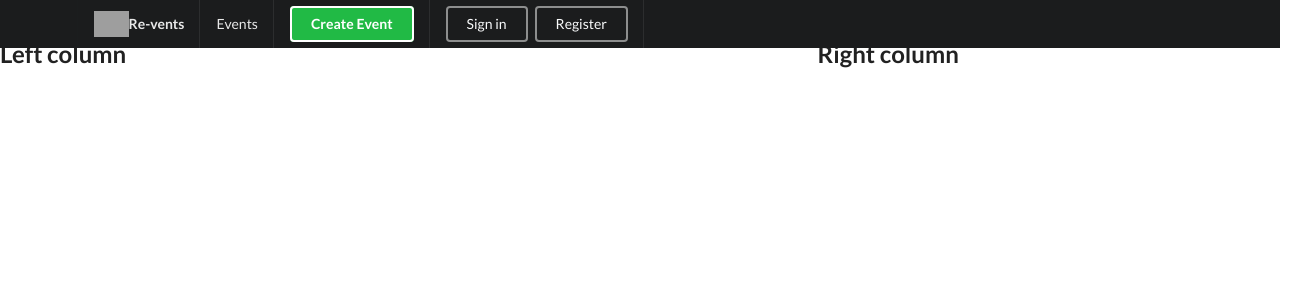
Repository: Preranabaruah/react-semantic-ui
Page: /
An editor plug-in stored every save of this project. The page is shown before and after the next save, followed by the edit.
The browser window is 1280 px wide. The page is 1294 px wide, so the pictures cover 1294 px, including what lies to the right of the window. The pictures show the whole page.
Pictures or frames that could not be fetched are drawn as grey boxes. The project was rebuilt for these pictures with package versions that can differ from the ones it lists, and the page was loaded fresh each time. Also part of the build but not shown: vite.config.ts.

Above is the page before, as saved 2023-09-08 13:25:15.

### index.html
<!doctype html>
<html lang="en">
  <head>
    <meta charset="UTF-8" />
    <link rel="icon" type="image/svg+xml" href="/vite.svg" />
    <meta name="viewport" content="width=device-width, initial-scale=1.0" />
    <title>Re-vents</title>
  </head>
  <body>
    <div id="root"></div>
    <script type="module" src="/src/index.tsx"></script>
  </body>
</html>

### src/index.tsx
import React from "react";
import ReactDOM from "react-dom/client";
import App from "./App.tsx";
import "semantic-ui-css/semantic.min.css";
ReactDOM.createRoot(document.getElementById("root")!).render(
  <React.StrictMode>
    <App />
  </React.StrictMode>
);

### src/App.tsx
import EventDashboard from "./features/events/event-dashboard";
import NavBar from "./features/nav-bar";

function App() {
  return (
    <>
      <div>
        <NavBar />
        <EventDashboard />
      </div>
    </>
  );
}

export default App;

### src/features/events/event-dashboard/index.tsx
import { Grid } from "semantic-ui-react";
const EventDashboard = () => {
  return (
    <>
      <Grid>
        <Grid.Column width={10}>
          <h2>Left column</h2>
        </Grid.Column>
        <Grid.Column width={6}>
          <h2>Right column</h2>
        </Grid.Column>
      </Grid>
    </>
  );
};

export default EventDashboard;

### src/features/nav-bar/index.tsx
import { Menu, Container, Button } from "semantic-ui-react";

const NavBar = () => {
  return (
    <>
      <Menu inverted fixed="top">
        <Container>
          <Menu.Item header>
            <img src="/src/assets/react.svg" />
            Re-vents
          </Menu.Item>
          <Menu.Item name="Events" />
          <Menu.Item>
            <Button positive inverted content="Create Event" />
          </Menu.Item>
          <Menu.Item>
            <Button basic inverted content="Sign in" />
            <Button basic inverted content="Register" style={{ marginLeft: "0.5em" }} />
          </Menu.Item>
        </Container>
      </Menu>
    </>
  );
};

export default NavBar;

After the next save:
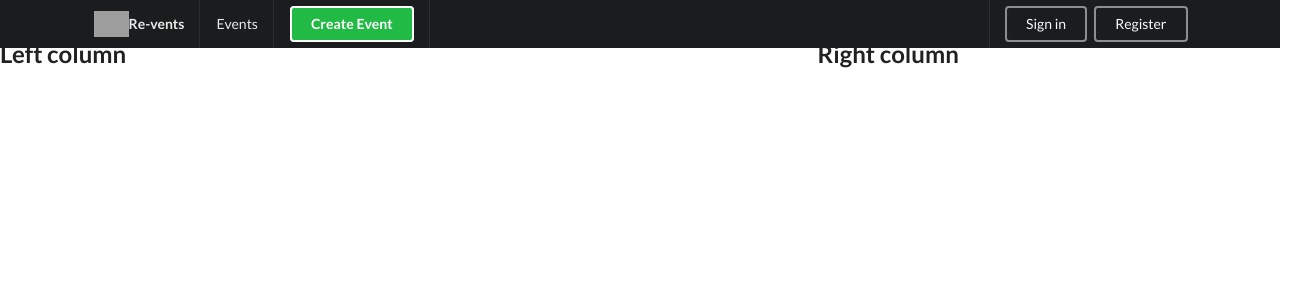
Saved 37 s later.
--- a/src/features/nav-bar/index.tsx
+++ b/src/features/nav-bar/index.tsx
@@ -13,7 +13,7 @@ const NavBar = () => {
           <Menu.Item>
             <Button positive inverted content="Create Event" />
           </Menu.Item>
-          <Menu.Item>
+          <Menu.Item position="right">
             <Button basic inverted content="Sign in" />
             <Button basic inverted content="Register" style={{ marginLeft: "0.5em" }} />
           </Menu.Item>
